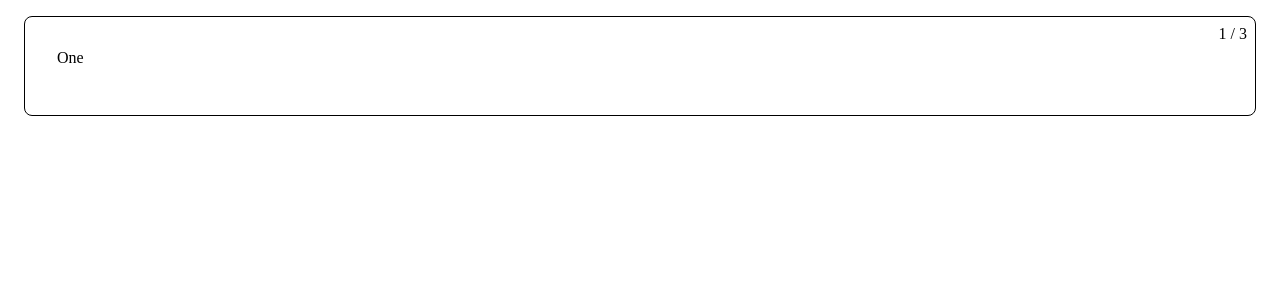
Repository: mohamediyas/reactMultiForm
Page: /
An editor plug-in stored every save of this project. The page is shown before and after the next save, followed by the edit.
The browser window is 1280 px wide. The pictures show the whole page.
The project was rebuilt for these pictures with package versions that can differ from the ones it lists, and the page was loaded fresh each time. Also part of the build but not shown: vite.config.ts.

Above is the page before, as saved 2022-10-08 19:37:31.

### src/App.tsx
import { useState } from "react";

import "./App.css";
import { useMultiform } from "./useMultiform";

function App() {
  const [count, setCount] = useState(0);

  const { step, currentstepIndex, steps } = useMultiform([
    <div>One</div>,
    <div>Two</div>,
    <div>Three</div>,
  ]);

  return (
    <div
      style={{
        position: "relative",
        backgroundColor: "white",
        border: "1px solid black",
        padding: "2rem",
        margin: "1rem",
        borderRadius: "0.5rem",
        fontFamily: "Aerial",
      }}
    >
      <form>
        <div
          style={{
            position: "absolute",
            top: "0.5rem",
            right: "0.5rem",
          }}
        >
          {currentstepIndex + 1} / {steps.length}
        </div>

        {step}
        <div
          style={{
            marginTop: "1rem",
            display: "flex",
            gap: "0.5rem",
            justifyContent: "flex-end",
          }}
        ></div>
      </form>
    </div>
  );
}

export default App;

### src/useMultiform.ts
import { ReactElement, useState } from "react";

export function useMultiform(steps: ReactElement[]) {
  const [currentstepIndex, setCurrentstepIndex] = useState(0);

  function next() {
    setCurrentstepIndex((prev) => {
      if (prev >= steps.length - 1) return prev;

      return prev + 1;
    });
  }

  function back() {
    setCurrentstepIndex((prev) => {
      if (prev <= 0) return prev;

      return prev - 1;
    });
  }

  function goTo(index: number) {
    setCurrentstepIndex(index);
  }

  return {
    currentstepIndex,
    step: steps[currentstepIndex],
    next,
    back,
    goTo,
    steps,
  };
}

Loaded but not shown: index.html (common file); src/main.tsx (common file); src/App.css (no stored copy; drawn as an empty file); src/index.css (no stored copy; drawn as an empty file)

After the next save:
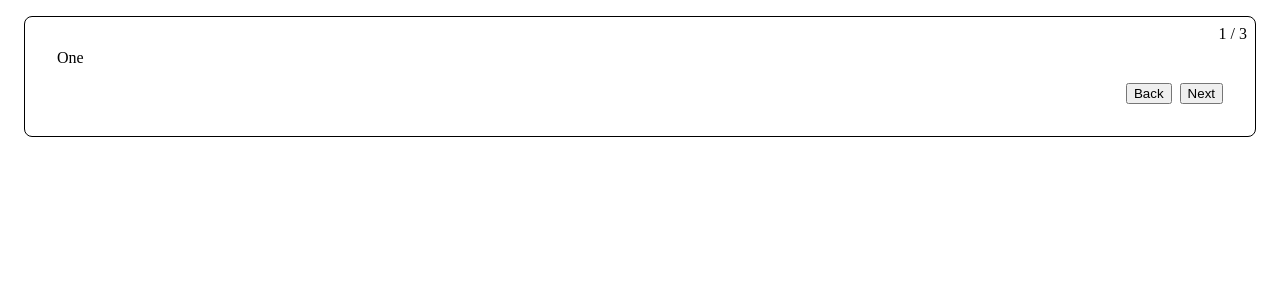
Saved 31 s later.
--- a/src/App.tsx
+++ b/src/App.tsx
@@ -43,7 +43,10 @@ function App() {
             gap: "0.5rem",
             justifyContent: "flex-end",
           }}
-        ></div>
+        >
+          <button>Back</button>
+          <button>Next</button>
+        </div>
       </form>
     </div>
   );
